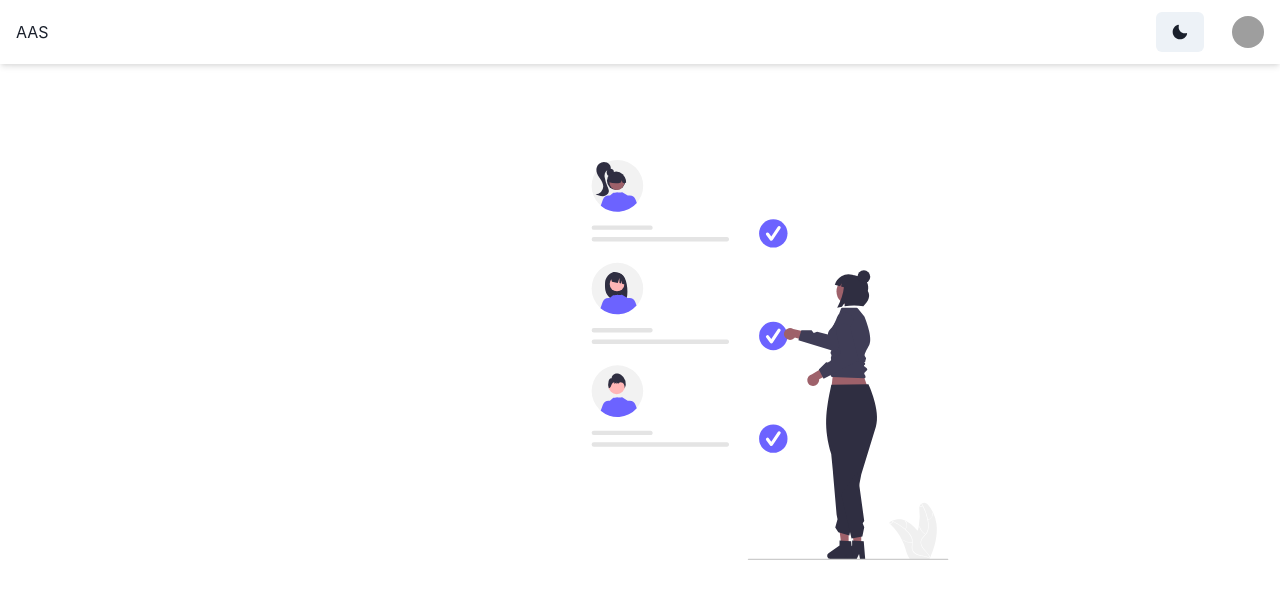
Repository: shash0708/attendence
Page: /
An editor plug-in stored every save of this project. The page is shown before and after the next save, followed by the edit.
The browser window is 1280 px wide. The pictures show the whole page.
Pictures or frames that could not be fetched are drawn as grey boxes. The project was rebuilt for these pictures with package versions that can differ from the ones it lists, and the page was loaded fresh each time. Also part of the build but not shown: src/App.css, src/components/Login/Login.component.jsx, src/components/Signup/Signup.component.jsx, src/routes/Authentication/Authentication.component.jsx.

Above is the page before, as saved 2024-04-06 19:14:28.

### src/index.js
import React from 'react';
import ReactDOM from 'react-dom/client';
import './index.css';
import App from './App';
import reportWebVitals from './reportWebVitals';
import { BrowserRouter } from 'react-router-dom';
import { ChakraProvider } from '@chakra-ui/react'

const root = ReactDOM.createRoot(document.getElementById('root'));
root.render(
  <React.StrictMode>
  <BrowserRouter>
<ChakraProvider>
    <App />
    </ChakraProvider>
    </BrowserRouter>

  </React.StrictMode>
);

// If you want to start measuring performance in your app, pass a function
// to log results (for example: reportWebVitals(console.log))
// or send to an analytics endpoint. Learn more: https://bit.ly/CRA-vitals
reportWebVitals();

### src/App.js
import './App.css';
import Home from './routes/Home/Home.component.jsx'
import { Routes,Route} from 'react-router-dom';
import Authentication from './routes/Authentication/Authentication.component';

function App() {
  return (
    <Routes>
    <Route index element={<Home/>}/>

    <Route path='auth' element={<Authentication/>}/>

    </Routes>
  );
}

export default App;

### src/routes/Home/Home.component.jsx
import React from 'react'
import { Outlet } from 'react-router-dom';
import Nav from '../../components/Navbar/Navbar.component';
import HomeProp from '../../components/homeProp/HomeProp.component';
const Home  = () => {
  return (
    <div>
       <Nav/>
       <HomeProp />
       <Outlet/>
    </div>
  )
}

export  default Home;

### client/src/components/Navbar/Navbar.component.jsx
'use client'

import {
  Box,
  Flex,
  Avatar,
  Text,
  Button,
  Menu,
  MenuButton,
  MenuList,
  MenuItem,
  MenuDivider,
  useDisclosure,
  useColorModeValue,
  Stack,
  useColorMode,
  Center,
} from '@chakra-ui/react'
import { MoonIcon, SunIcon } from '@chakra-ui/icons'
import { Link, Outlet } from 'react-router-dom';

const NavLink = (props) => {
  const { children } = props

  return (
    <Box
      as="a"
      px={2}
      py={1}
      rounded={'md'}
      _hover={{
        textDecoration: 'none',
        bg: useColorModeValue('gray.200', 'gray.700'),
      }}
      href={'#'}>
      {children}
    </Box>
  )
}

export default function Nav() {
  const { colorMode, toggleColorMode } = useColorMode();
  const { isOpen, onOpen, onClose } = useDisclosure();
  return (
    <div>
      <Box

        px={4}
        shadow="md"
        style={{ backdropFilter: 'blur(10px)' }} // Adds blur effect to the background
      >
        <Flex h={16} alignItems={'center'} justifyContent={'space-between'}>
          <Box>
          <Link to="/">AAS</Link>

          </Box>

          <Flex alignItems={'center'}>
            <Stack direction={'row'} spacing={7}>
              <Button onClick={toggleColorMode}>
                {colorMode === 'light' ? <MoonIcon /> : <SunIcon />}
              </Button>

              <Menu>
                <MenuButton
                  as={Button}
                  rounded={'full'}
                  variant={'link'}
                  cursor={'pointer'}
                  minW={0}>
                  <Avatar
                    size={'sm'}
                    src={'https://avatars.dicebear.com/api/male/username.svg'}
                  />
                </MenuButton>
                <MenuList alignItems={'center'} shadow="lg">
                  <br />
                  <Center>
                    <Avatar
                      size={'2xl'}
                      src={'https://avatars.dicebear.com/api/male/username.svg'}
                    />
                  </Center>
                  <br />
                  <Center>
                    <p>Username</p>
                  </Center>
                  <br />
                  <MenuDivider />
                  <MenuItem>Your Servers</MenuItem>
                  <MenuItem>Account Settings</MenuItem>
                  <MenuItem>Logout</MenuItem>
                </MenuList>
              </Menu>
            </Stack>
          </Flex>
        </Flex>
      </Box>
      <Outlet />
    </div>
  );
}

### src/components/homeProp/HomeProp.component.jsx
import React from 'react'
import { ReactComponent as HomeLogo } from '../../assests/home.svg'
import './HomeProp.styles.scss';
const HomeProp= () => {
  return (
    <div>
      <HomeLogo className='home-prop'/>
    </div>
  )
}

export default HomeProp;

### src/components/homeProp/HomeProp.styles.scss
// Use variables to style your logo
.home-prop{
  width: 1000px;
  height: 400px;  // Add other styling properties as needed
  position: fixed;
  top: 50%; // Adjust as needed
  right: 10px; // Adjust as needed
  transform: translateY(-50%);
}

Loaded but not shown: public/index.html (common file); src/index.css (common file); src/reportWebVitals.js (common file)

After the next save:
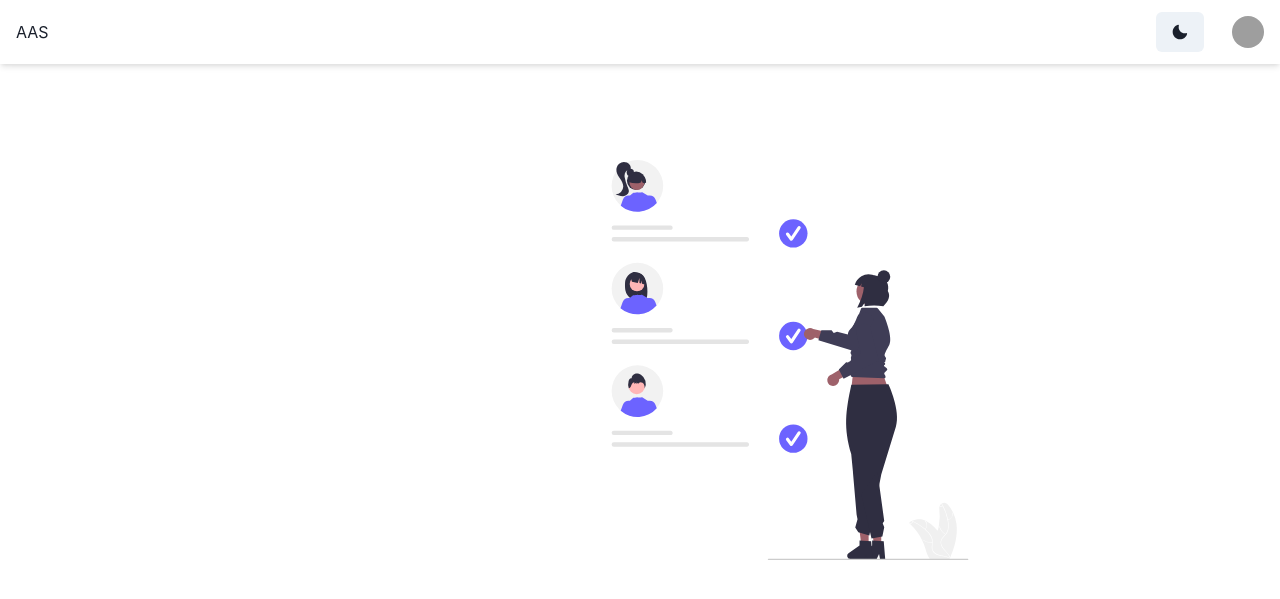
Saved 8 s later.
--- a/src/components/homeProp/HomeProp.styles.scss
+++ b/src/components/homeProp/HomeProp.styles.scss
@@ -4,6 +4,6 @@
   height: 400px;  // Add other styling properties as needed
   position: fixed;
   top: 50%; // Adjust as needed
-  right: 10px; // Adjust as needed
+  right: -10px; // Adjust as needed
   transform: translateY(-50%);
 }
